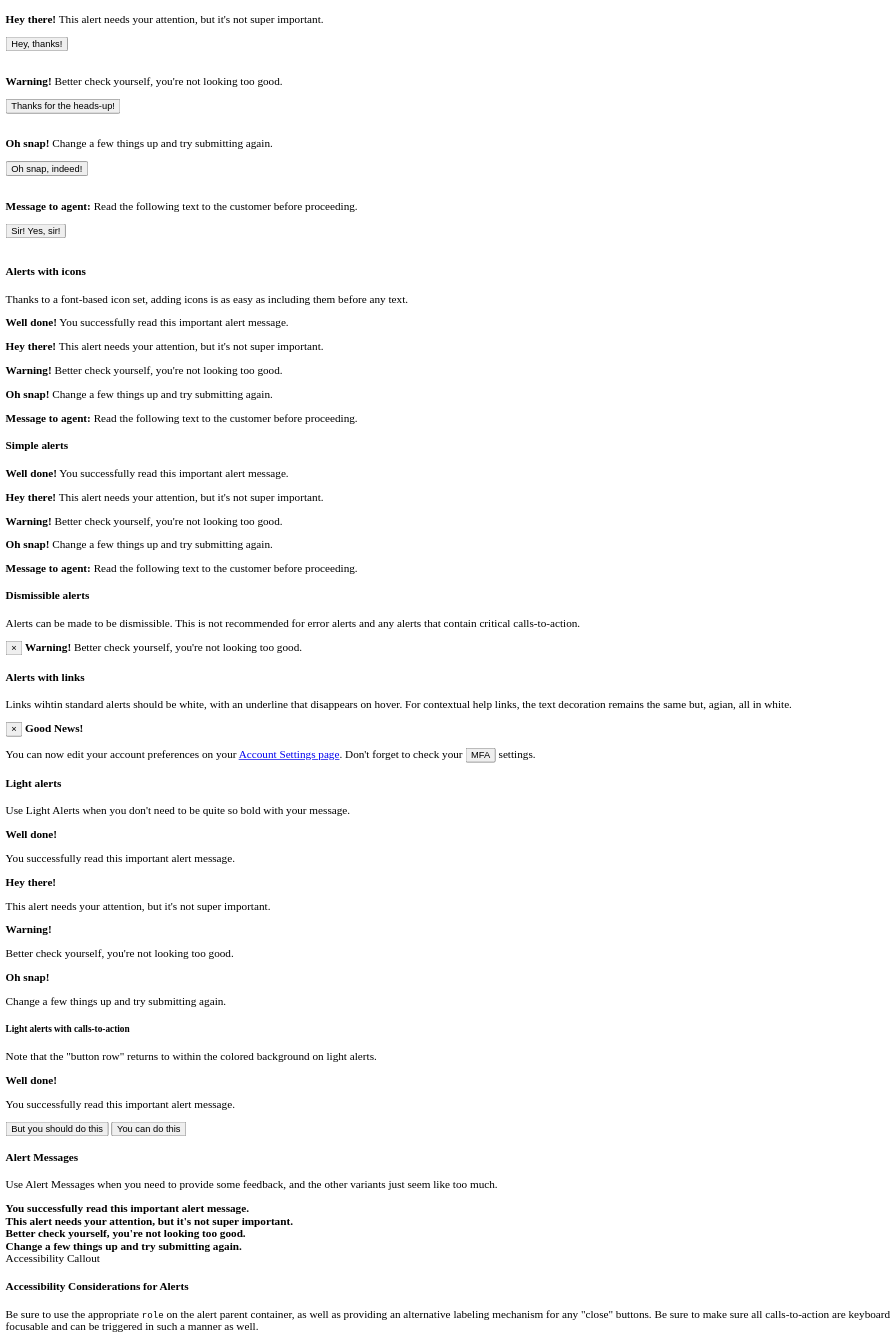
Repository: WTW-IM/bda-ui-toolkit
Page: docs/_includes/containers/alerts.html
The author's editor kept a record of every edit. The page is drawn from the files as they stood at one moment, then again after the next edit.
The browser window is 1280 px wide. The pictures show the part of the page from y = 686 to 2606 px (the page is 2606 px tall before and 2603 px after), at 70% of full size.

Above is the page before.

### docs/_includes/containers/alerts.html
<div class="bs-docs-section">
  <h2 id="alerts" class="page-header">Alerts</h2>

  <p class="lead">Alerts are used to present contextual information to convey success, supplemental information, warnings, or errors.</p>

  <h3 id="alerts-variants">Variants</h4>
  <h4 id="alerts-full">Fully-featured examples (all the bells &amp; whistles)</h3>
  <p>There are many add-ons to alerts, including icons, dismiss controls, and call(s)-to-action.</p>
  <p><small>Okay, so we lied... these don't have <em>all</em> the bells and whistles. When you have one or more calls-to-action, you should not use a dismiss (&times;) button.</small></p>

  <div class="bs-example" data-example-id="full-alerts">
    <p>With only one call-to-action:</p>
    <div class="alert alert-success alert-cta indented" role="alert">
      <span class="icon ok-circle" aria-hidden="true"></span>
      <strong>Success!</strong>
      <p>Now you need to do something else.</p>
      <span class="btn-row">
        <button type="button" class="btn btn-primary">Let's do this thing!</button>
      </span>
    </div>

    <p>With primary and secondary calls-to-action:</p>
    <div class="alert alert-warning alert-cta indented" role="alert">
      <span class="icon exclamation-sign" aria-hidden="true"></span>
      <strong>You have an important decision to make</strong>
      <p>You can do one thing, or the other.</p>
      <span class="btn-row">
      <button type="button" class="btn btn-primary">But you should do this</button> <button type="button" class="btn btn-default">You can do this</button>
      </span>
    </div>
    <br clear="both"/>
  </div>

  <h4 id="alerts-buttons">Alerts with buttons</h4>
  <p>Thanks to a font-based icon set, adding icons is as easy as including them before any text.</p>
  <div class="bs-example" data-example-id="simple-alerts">
    <div class="alert alert-success alert-cta" role="alert">
      <p><span class="icon ok-circle" aria-hidden="true"></span> <strong>Well done!</strong> You successfully read this important alert message.</p>
      <span class="btn-row">
        <button type="button" class="btn btn-primary">Hooray!</button>
      </span>
    </div>
    <br clear="both"/>
    <div class="alert alert-info alert-cta" role="alert">
      <p><span class="icon info-circle" aria-hidden="true"></span> <strong>Hey there!</strong> This alert needs your attention, but it's not super important.</p>
      <span class="btn-row">
        <button type="button" class="btn btn-primary">Hey, thanks!</button>
      </span>
    </div>
    <br clear="both"/>
    <div class="alert alert-warning alert-cta" role="alert">
      <p><span class="icon exclamation-sign" aria-hidden="true"></span> <strong>Warning!</strong> Better check yourself, you're not looking too good.</p>
      <span class="btn-row">
        <button type="button" class="btn btn-primary">Thanks for the heads-up!</button>
      </span>
    </div>
    <br clear="both"/>
    <div class="alert alert-danger alert-cta" role="alert">
      <p><span class="icon exclamation-circle" aria-hidden="true"></span> <strong>Oh snap!</strong> Change a few things up and try submitting again.</p>
      <span class="btn-row">
        <button type="button" class="btn btn-primary">Oh snap, indeed!</button>
      </span>
    </div>
    <br clear="both"/>
    <div class="alert alert-agent alert-cta" role="alert">
      <p><span class="icon agent" aria-hidden="true"></span> <strong>Message to agent:</strong> Read the following text to the customer before proceeding.</p>
      <span class="btn-row">
        <button type="button" class="btn btn-primary">Sir! Yes, sir!</button>
      </span>
    </div>
    <br clear="both"/>
  </div>

  <h4 id="alerts-icons">Alerts with icons</h4>
  <p>Thanks to a font-based icon set, adding icons is as easy as including them before any text.</p>
  <div class="bs-example" data-example-id="simple-alerts">
    <div class="alert alert-success" role="alert">
      <p><span class="icon ok-circle" aria-hidden="true"></span> <strong>Well done!</strong> You successfully read this important alert message.</p>
    </div>
    <div class="alert alert-info" role="alert">
      <p><span class="icon info-circle" aria-hidden="true"></span> <strong>Hey there!</strong> This alert needs your attention, but it's not super important.</p>
    </div>
    <div class="alert alert-warning" role="alert">
      <p><span class="icon exclamation-sign" aria-hidden="true"></span> <strong>Warning!</strong> Better check yourself, you're not looking too good.</p>
    </div>
    <div class="alert alert-danger" role="alert">
      <p><span class="icon exclamation-circle" aria-hidden="true"></span> <strong>Oh snap!</strong> Change a few things up and try submitting again.</p>
    </div>
    <div class="alert alert-agent" role="alert">
      <p><span class="icon agent" aria-hidden="true"></span> <strong>Message to agent:</strong> Read the following text to the customer before proceeding.</p>
    </div>
  </div>

  <h4 id="alerts-simple">Simple alerts</h4>
  <div class="bs-example" data-example-id="simple-alerts">
    <div class="alert alert-success" role="alert">
      <p><strong>Well done!</strong> You successfully read this important alert message.</p>
    </div>
    <div class="alert alert-info" role="alert">
      <p><strong>Hey there!</strong> This alert needs your attention, but it's not super important.</p>
    </div>
    <div class="alert alert-warning" role="alert">
      <p><strong>Warning!</strong> Better check yourself, you're not looking too good.</p>
    </div>
    <div class="alert alert-danger" role="alert">
      <p><strong>Oh snap!</strong> Change a few things up and try submitting again.</p>
    </div>
    <div class="alert alert-agent" role="alert">
      <p><strong>Message to agent:</strong> Read the following text to the customer before proceeding.</p>
    </div>
  </div>

  <h4 id="alerts-dismiss"></span>Dismissible alerts</h4>
  <p>Alerts can be made to be dismissible. This is not recommended for error alerts and any alerts that contain critical calls-to-action.</p>

  <div class="bs-example" data-example-id="dismissible-alert-css">
    <div class="alert alert-warning alert-dismissible" role="alert">
      <button type="button" class="close" data-dismiss="alert" aria-label="Close"><span aria-hidden="true">&times;</span></button>
      <strong>Warning!</strong> Better check yourself, you're not looking too good.
    </div>
  </div>

  <h4 id="alerts-links"></span>Alerts with links</h4>
  <p>Links wihtin standard alerts should be white, with an underline that disappears on hover. For contextual help links, the text decoration remains the same but, agian, all in white.</p>

  <div class="bs-example" data-example-id="dismissible-alert-css">
    <div class="alert alert-info indented" role="alert">
      <button type="button" class="close" data-dismiss="alert" aria-label="Close"><span aria-hidden="true">&times;</span></button>
      <span class="icon info-circle" aria-hidden="true"></span>
      <strong>Good News!</strong>
      <p>You can now edit your account preferences on your <a href="javascript:;">Account Settings page</a>. Don't forget to check your <button type="button" class="popover-link bs-docs-popover" data-toggle="popover" data-trigger="focus" data-placement="bottom" data-container="body" title="Multi-Factor Authentication" data-content="A method of verifying your identity through an additional method&mdash;such as providing a code sent to you via text message, email, or a phone call." data-original-title="Contextual popover 1">MFA</button> settings.</p>
    </div>
  </div>

  <h4 id="alerts-light">Light alerts</h4>
  <p>Use Light Alerts when you don't need to be quite so bold with your message.</p>

  <div class="bs-example" data-example-id="dismissible-alert-css">
    <div class="alert alert-success-light indented" role="alert">
      <span class="icon ok-circle" aria-hidden="true"></span>
      <strong>Well done!</strong>
      <p>You successfully read this important alert message.</p>
    </div>
    <div class="alert alert-info-light indented" role="alert">
      <span class="icon info-circle" aria-hidden="true"></span>
      <strong>Hey there!</strong>
      <p>This alert needs your attention, but it's not super important.</p>
    </div>
    <div class="alert alert-warning-light indented" role="alert">
      <span class="icon exclamation-sign" aria-hidden="true"></span>
      <strong>Warning!</strong>
      <p>Better check yourself, you're not looking too good.</p>
    </div>
    <div class="alert alert-danger-light indented" role="alert">
      <span class="icon exclamation-circle" aria-hidden="true"></span>
      <strong>Oh snap!</strong>
      <p>Change a few things up and try submitting again.</p>
    </div>
  </div>

  <h5 id="alerts-light-cta">Light alerts with calls-to-action</h4>
  <p>Note that the "button row" returns to within the colored background on light alerts.</p>

  <div class="bs-example" data-example-id="dismissible-alert-css">
    <div class="alert alert-cta alert-success-light indented" role="alert">
      <span class="icon ok-circle" aria-hidden="true"></span>
      <strong>Well done!</strong>
      <p>You successfully read this important alert message.</p>
      <span class="btn-row">
        <button type="button" class="btn btn-primary">But you should do this</button> <button type="button" class="btn btn-default-dark">You can do this</button>
      </span>
    </div>
  </div>

  <h4 id="alerts-messages">Alert Messages</h4>
  <p>Use Alert Messages when you need to provide some feedback, and the other variants just seem like too much.</p>

  <div class="bs-example" data-example-id="dismissible-alert-css">
    <div class="alert alert-success-msg" role="alert">
      <span class="icon ok-circle" aria-hidden="true"></span>
      <strong>You successfully read this important alert message.</strong>
    </div>
    <div class="alert alert-info-msg" role="alert">
      <span class="icon info-circle" aria-hidden="true"></span>
      <strong>This alert needs your attention, but it's not super important.</strong>
    </div>
    <div class="alert alert-warning-msg" role="alert">
      <span class="icon exclamation-sign" aria-hidden="true"></span>
      <strong>Better check yourself, you're not looking too good.</strong>
    </div>
    <div class="alert alert-danger-msg" role="alert">
      <span class="icon exclamation-circle" aria-hidden="true"></span>
      <strong>Change a few things up and try submitting again.</strong>
    </div>
  </div>

  <div class="bs-callout bs-callout-accessibility" id="callout-glyphicons-accessibility">
    <span class="accessibility-tag"><span class="icon accessibility"></span> Accessibility Callout</span>
    <h4>Accessibility Considerations for Alerts</h4>
    <p>Be sure to use the appropriate <code>role</code> on the alert parent container, as well as providing an alternative labeling mechanism for any "close" buttons. Be sure to make sure all calls-to-action are keyboard focusable and can be triggered in such a manner as well.</p>
  </div>

</div>

After the next edit:
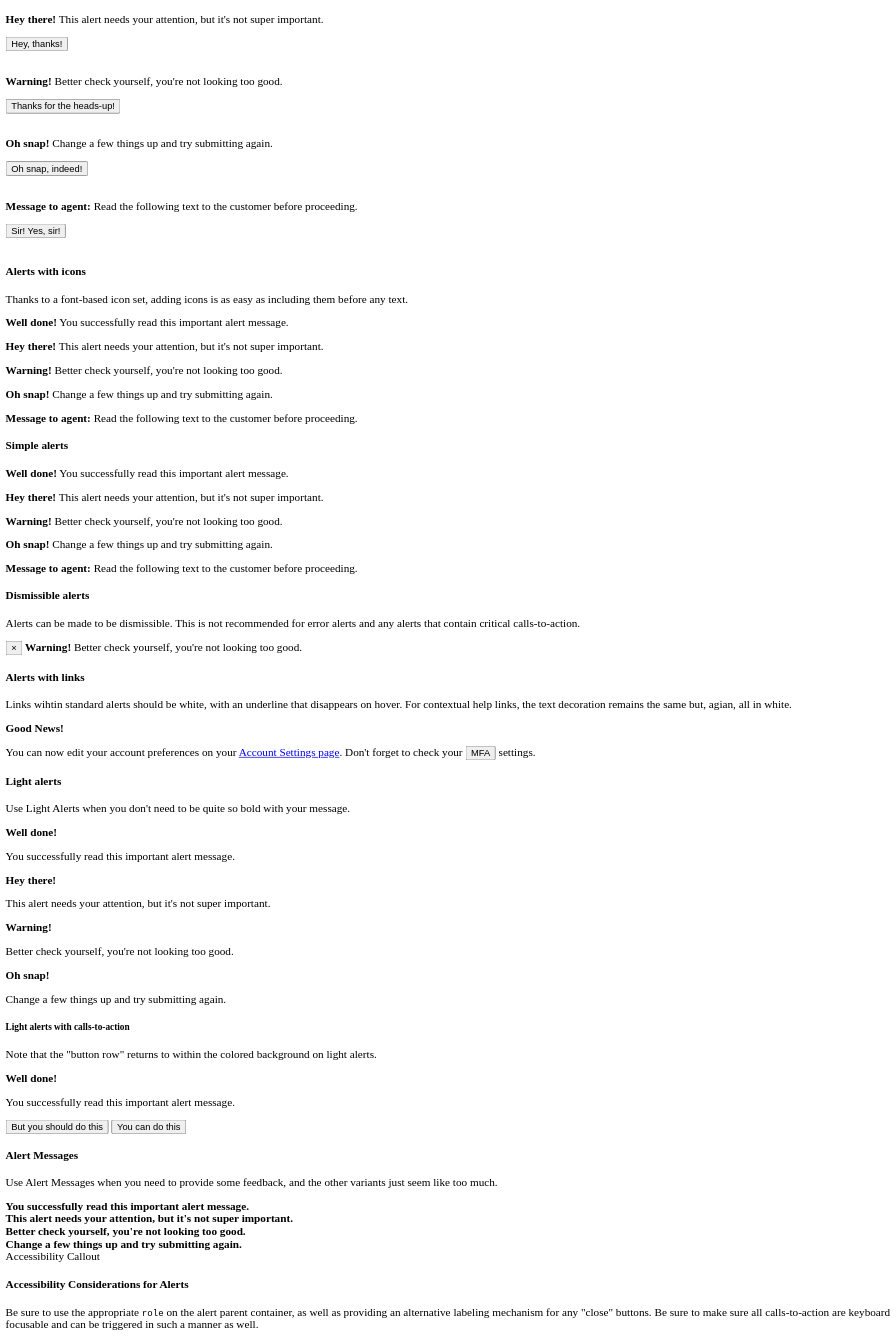
The edit:
--- a/docs/_includes/containers/alerts.html
+++ b/docs/_includes/containers/alerts.html
@@ -125,7 +125,6 @@
 
   <div class="bs-example" data-example-id="dismissible-alert-css">
     <div class="alert alert-info indented" role="alert">
-      <button type="button" class="close" data-dismiss="alert" aria-label="Close"><span aria-hidden="true">&times;</span></button>
       <span class="icon info-circle" aria-hidden="true"></span>
       <strong>Good News!</strong>
       <p>You can now edit your account preferences on your <a href="javascript:;">Account Settings page</a>. Don't forget to check your <button type="button" class="popover-link bs-docs-popover" data-toggle="popover" data-trigger="focus" data-placement="bottom" data-container="body" title="Multi-Factor Authentication" data-content="A method of verifying your identity through an additional method&mdash;such as providing a code sent to you via text message, email, or a phone call." data-original-title="Contextual popover 1">MFA</button> settings.</p>
